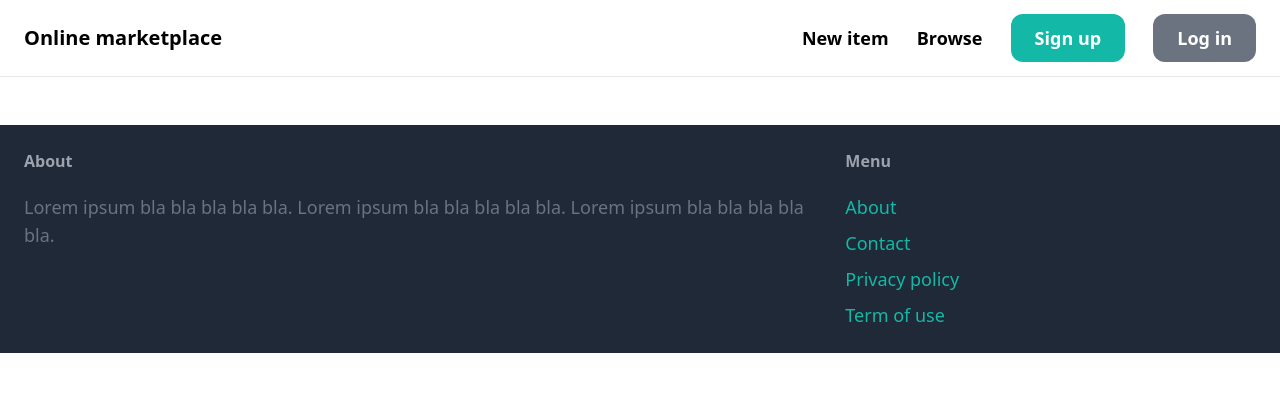
Repository: Anamikatiwari/Online_Market_Place
Page: http://localhost/
These files come from the project's save history. The page is drawn as it stood at one moment and after the next save; the edit follows.
The browser window is 1280 px wide. The pictures show the whole page.
Some web libraries are served in a nearby version. The page is served by the project's application, run on Django 5.2 (manage.py). Other server files are loaded and not shown.

Above is the page before, as saved 2024-09-05 12:31:35.

### core/templates/core/index.html
{% extends "core/base.html" %}

{% block title %}Welcome{% endblock title %}

{% block content %}
    <div class=""></div>
{% endblock content %}

### core/templates/core/base.html
<!doctype html>

<html>
    <head>
        <meta charset="utf-8">
        <meta name="viewport" content="width=device-width, initial-scale=1.0">

        <script src="http://cdn.tailwindcss.com"></script>

        <title> {% block title %}{% endblock title %} | Online Marketplace</title>

    </head>

    <body>
        <nav class="py-6 px-6 flex justify-between items-center border-b border-gray-200">
            <a href="/" class="text-xl font-semibold">Online marketplace</a>
            <div class="space-x-6">
                <a href="#" class="text-lg font-semibold hover:text-gray-500">New item</a>
                <a href="#" class="text-lg font-semibold hover:text-gray-500">Browse</a>

                <a href="#" class="px-6 py-3 text-lg font-semibold bg-teal-500 text-white rounded-xl hover:bg-teal-700">Sign up</a>
                <a href="#" class="px-6 py-3 text-lg font-semibold bg-gray-500 text-white rounded-xl hover:bg-gray-700">Log in</a>
            </div>
        </nav>

        <div class="px-6 py-6">
            {% block content %}
            {% endblock content %}
        </div>

        <footer class="py-6 px-6 flex justify-between bg-gray-800">
           <div class="w-2/3 pr-10">
                <h3 class="mb-5 font-semibold text-gray-400">About</h3>

                <p class="text-lg text-gray-500">Lorem ipsum bla bla bla bla bla. Lorem ipsum bla bla bla bla bla. Lorem ipsum bla bla bla bla bla.</p>
           </div>

           <div class="w-1/3">
               <h3 class="mb-5 font-semibold text-gray-400">Menu</h3>

               <ul class="space-y-2">
                    <li><a href="#" class="text-lg text-teal-500 hover:text-teal-700">About</a></li>
                    <li><a href="{% url 'contact' %}" class="text-lg text-teal-500 hover:text-teal-700">Contact</a></li>
                    <li><a href="#" class="text-lg text-teal-500 hover:text-teal-700">Privacy policy</a></li>
                    <li><a href="#" class="text-lg text-teal-500 hover:text-teal-700">Term of use</a></li>
               </ul>
           </div>
        </footer>


    </body>
</html>

### core/views.py
from django.shortcuts import render

from item.models import Category, Item

# Create your views here.

def index(request):
    items = Item.objects.filter(is_sold= False)[0:6]
    categories = Category.objects.all()
    return render(request, 'core/index.html', {
        'items': items,
        'categories': categories,
    })

def contact(request):
    return render(request, 'core/contact.html')

### marketplace/urls.py
"""
URL configuration for marketplace project.

The `urlpatterns` list routes URLs to views. For more information please see:
    https://docs.djangoproject.com/en/5.1/topics/http/urls/
Examples:
Function views
    1. Add an import:  from my_app import views
    2. Add a URL to urlpatterns:  path('', views.home, name='home')
Class-based views
    1. Add an import:  from other_app.views import Home
    2. Add a URL to urlpatterns:  path('', Home.as_view(), name='home')
Including another URLconf
    1. Import the include() function: from django.urls import include, path
    2. Add a URL to urlpatterns:  path('blog/', include('blog.urls'))
"""
from django.contrib import admin
from django.urls import path
from core.views import index, contact

urlpatterns = [
    path('admin/', admin.site.urls),
    path('', index, name='index'),
    path('contact/', contact, name='contact'),
]

After the next save:
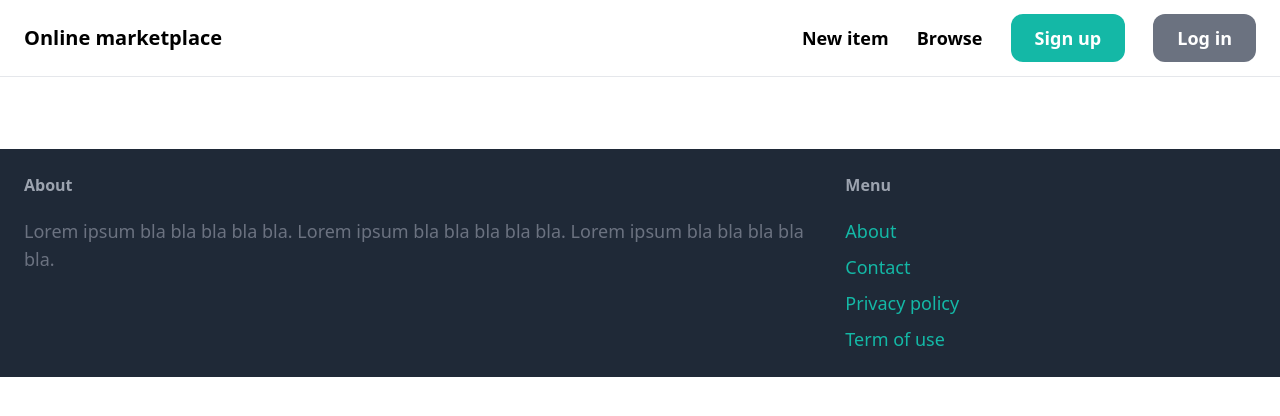
Saved 4 s later.
--- a/core/templates/core/index.html
+++ b/core/templates/core/index.html
@@ -3,5 +3,5 @@
 {% block title %}Welcome{% endblock title %}
 
 {% block content %}
-    <div class=""></div>
+    <div class="mt-6"></div>
 {% endblock content %}
